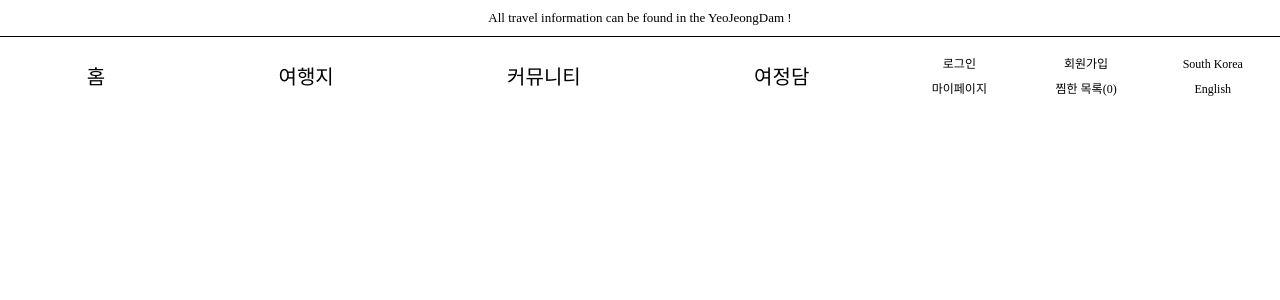
Repository: gaeunlee95/semi
Page: http://localhost/semi/main.jsp
The author's editor kept a copy of each file at every save. The page is drawn from the files as they stood at one save, then again after the next save.
The browser window is 1280 px wide. The pictures show the whole page.
The page is served by Tomcat 9.

Above is the page before, as saved 2023-12-06 17:40:34.

### semi/src/main/webapp/main.jsp
<%@ page language="java" contentType="text/html; charset=UTF-8"
    pageEncoding="UTF-8"%>
<!DOCTYPE html>
<html>
<head>
<meta charset="UTF-8">
<title>메인 페이지</title>
<link rel="stylesheet" href="resources/css/style.css">
<style>
/* *{
	color: blue;
} */
</style>
</head>
<body>
	<jsp:include page="header.jsp" />
</body>
</html>

### semi/src/main/webapp/header.jsp
<%@ page language="java" contentType="text/html; charset=UTF-8"
    pageEncoding="UTF-8"%>
<%@ taglib uri="http://java.sun.com/jsp/jstl/core" prefix="c" %>
<header>
	<div id = "header">
		<div id="welcome">
			<p>All travel information can be found in the YeoJeongDam !</p>
		</div>
		<nav>
		<div id="menu">
			<div id="mainMenu">
				<ul>
					<li><a href="#">홈</a></li>
					<li><a href="#">여행지</a></li>
					<li><a href="#">커뮤니티</a></li>
					<li><a href="#">여정담</a></li>
				</ul>
			</div>
			<div id="sideMenu">
				<ul id="sideMenu_1">
					<li><a href="#">로그인</a></li>
					<li><a href="#">회원가입</a></li>
					<li><a href="#">South Korea</a></li>
				</ul>
				<ul id="sideMenu_2">
					<li><a href="#">마이페이지</a></li>
					<li><a href="#">찜한 목록(0)</a></li>
					<li><a href="#">English</a></li> <!-- 스크롤로 언어(영어/한국) 선택 -->
				</ul>
			</div>
		</div>
		</nav>
	</div>





  <%-- <nav>
  <c:choose>
    <c:when test="${empty sessionId}">
	    <ul id="topMenu">
	  	  <li><a href="/loginform.do">로그인</a></li>
	  	  <li><a href="/joinform.do">회원가입</a></li>
	  	  <li><a href="/boardlist.do">게시판</a></li>
	  	  <li><a href="/memberlist.do">회원목록</a></li>
	  	</ul>
    </c:when>
    <c:otherwise>
    	<ul id="topMenu">
	  	  <li><a href="/logout.do">(${sessionId}님)로그아웃</a></li>
	  	  <li><a href="/memberview.do?id=${sessionId}">나의 정보</a></li>
	  	  <li><a href="/boardlist.do">게시판</a></li>
	  	  <li><a href="/memberlist.do">회원 목록</a></li>
	  	</ul>
    </c:otherwise>
   </c:choose>
  </nav> --%>
</header>

### semi/src/main/webapp/resources/css/style.css
@charset "UTF-8";
/* 공통 스타일 */
*{margin: 0; padding: 0;}
#container{width: 1024px; margin: 30px auto 100px;}
ul li{list-style: none;}
a{text-decoration: none; color: black;}

/* header 스타일 */
header{
	/*width : 1024px;*/
	width: 100%;
	margin : 0 auto;
}
header #welcome{
	text-align: center;
	border-bottom: 1px solid black;
}
header #welcome p{
	padding: 10px 0;
	font-size: 13px;
}
header #menu{
	width: 100%;
}
header nav div{	/*각 mainMenu, sideMenu div에 float를 주어 가로정렬*/ /*nav에 float 주면 가로정렬 되지 않음*/
	float: left;
}
header #mainMenu{
	/*width: 700px;*/
	width: 70%;
	line-height: 80px;
}
header #mainMenu ul{
	display: flex;
	justify-content: space-around;
}
header #mainMenu li{
	font-size: 20px;
	color: black;
}
header #sideMenu{
	width: 30%;
}
header #sideMenu ul{
	line-height: 25px;
	display: flex;
}
header #sideMenu li{
	font-size: 12px;
	width: 33%;
}
header #sideMenu li a{
	display:flex;
	justify-content: center;
}
header #sideMenu #sideMenu_1 a{
	padding-top: 15px;
}
header #sideMenu #sideMenu_2 a{
	padding-bottom: 15px;
}

/* mainMenu의 경우, li 사이에 동일한 간격을 주기위해 padding 사용 */
/* sideMenu의 경우, padding으로 간격을 줄 시 아래위 li의 위치가 달라짐. 이에 li에 width와 flex요소를 주어 가운데 정렬 시킴 */

/* 구현 1 */
/* 헤더의 width 1024px에서 줄어들 경우, 각 li 사이의 거리 가까워짐*/

/* 구현 2 */
/* mainMenu의 각 li에 마우스 올릴 시, 전체 하위 카테고리 나옴 + 헤더부분의 배경색 변경됨 */
/* mainMenu의 각 li에 마우스 올릴 시, li에 italic, 밑줄표시 */
/* 하단 카테고리 선택 시, 연한 색상 -> 진한 색상으로 변경, italic, 밑줄표시*/

After the next save:
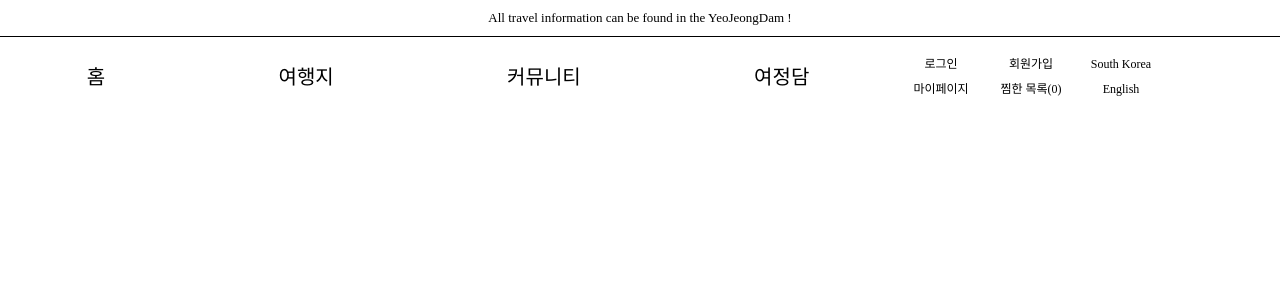
Saved 3 min 21 s later.
--- a/semi/src/main/webapp/resources/css/style.css
+++ b/semi/src/main/webapp/resources/css/style.css
@@ -47,7 +47,7 @@ header #sideMenu ul{
 }
 header #sideMenu li{
 	font-size: 12px;
-	width: 33%;
+	width: 90PX;
 }
 header #sideMenu li a{
 	display:flex;
